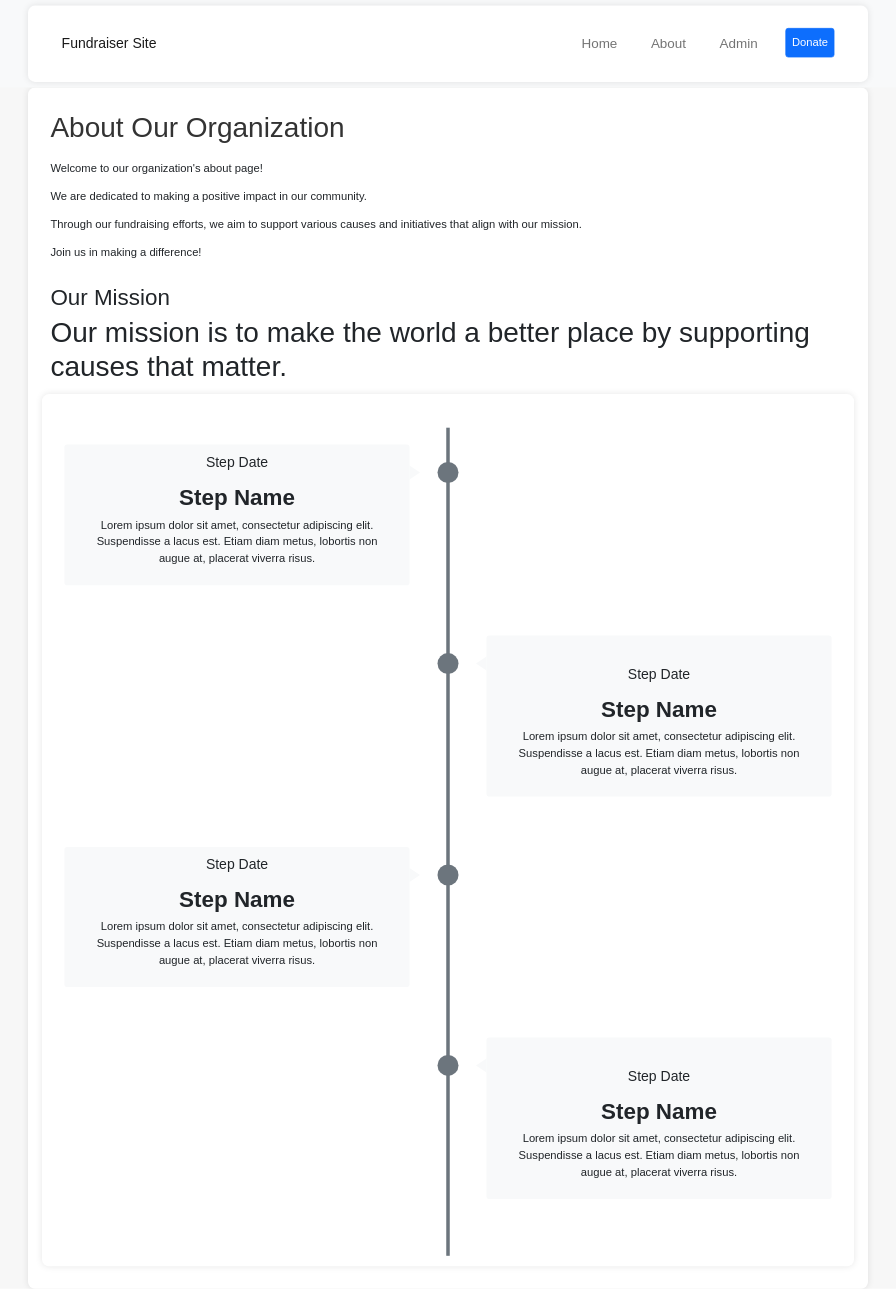
Repository: DragonFruit8/Fundraiser-Page
Page: /about
The author's editor kept a copy of each file at every save. The page is drawn from the files as they stood at one save, then again after the next save.
The browser window is 1280 px wide. The pictures show the whole page, at 70% of full size.
The project was rebuilt for these pictures with package versions that can differ from the ones it lists, and the page was loaded fresh each time. Also part of the build but not shown: src/pages/HomeContainer.js, src/pages/Donate.js, src/pages/Admin.js.

Above is the page before, as saved 2024-07-19 14:04:33.

After the next save:
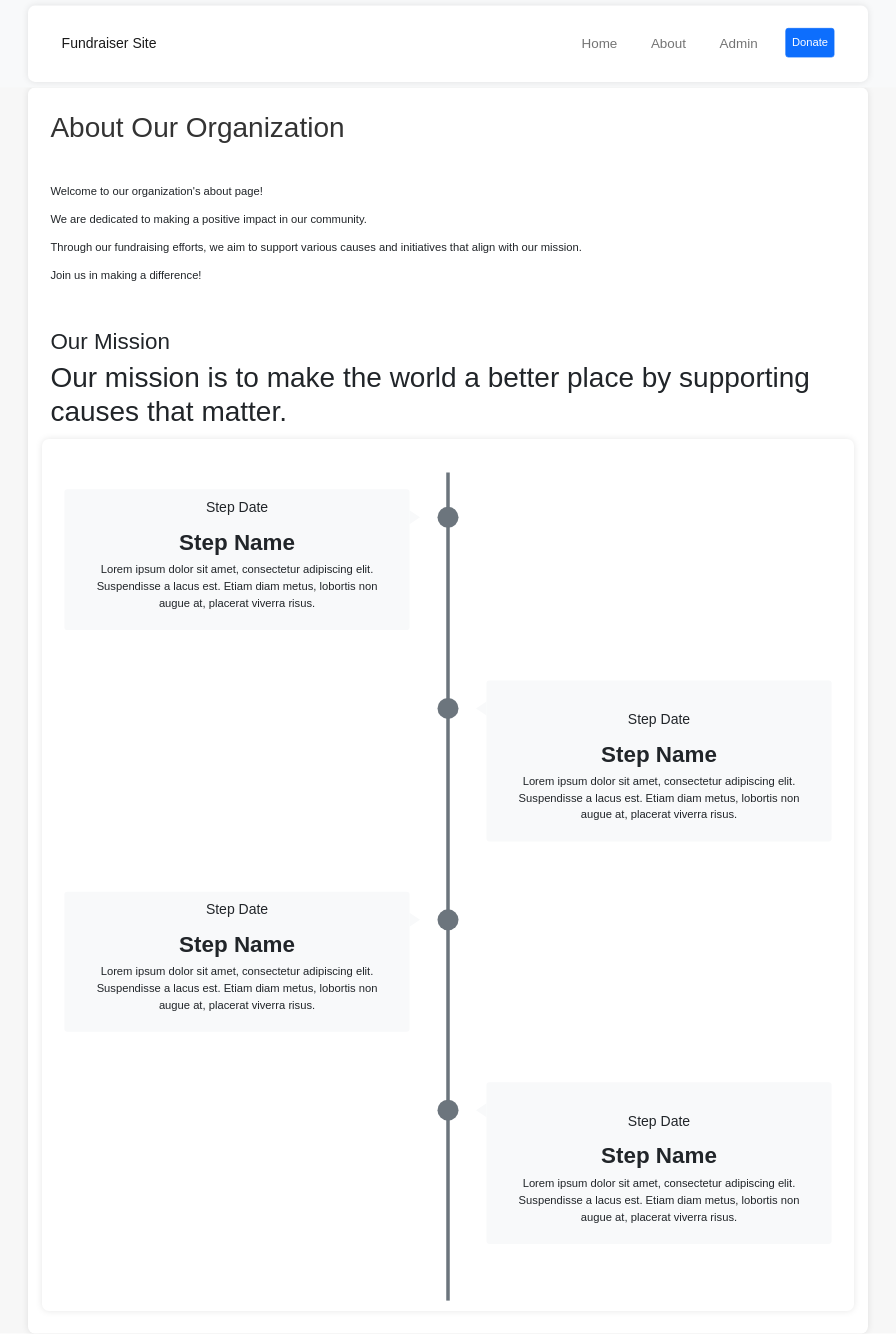
Saved 4 s later.
--- a/src/pages/About.js
+++ b/src/pages/About.js
@@ -112,7 +112,7 @@ const About = () => {
             <div className="container col h-100 justify-content-center align-items-center">
                 <h1 className="text-start">About Our Organization</h1>
                 <div className="row justify-content-center align-items-center">
-                    <div className="col-md-12 my-3 text-start" style={{ textAlign: 'center' }}>
+                    <div className="col-md-12 my-5 text-start" style={{ textAlign: 'center' }}>
                         <p>Welcome to our organization's about page!</p>
                         <p>We are dedicated to making a positive impact in our community.</p>
                         <p>
